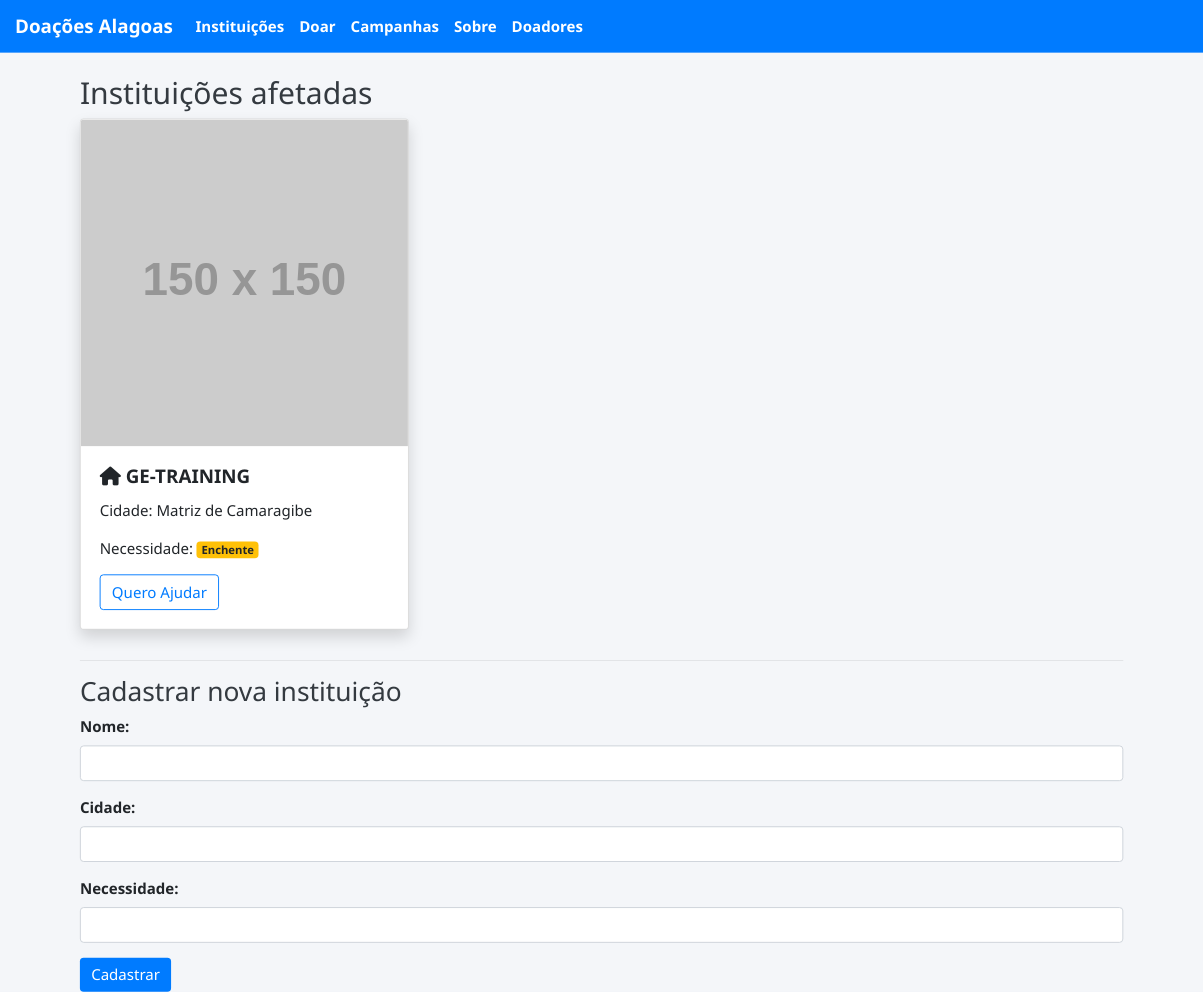
Repository: rafaelcrb/mvp-doacoes-alagoas
Page: http://localhost/instituicoes
These files come from the project's save history. The page is drawn as it stood at one moment and after the next save; the edit follows.
The browser window is 1280 px wide. The pictures show the whole page, at 94% of full size.
The page is served by the project's application, run on Flask 3 (app.py). The page reads the database file committed with the project.

Above is the page before, as saved 2025-05-26 22:04:57.

### templates/instituicoes.html
{% extends 'base.html' %}

{% block content %}
<h2>Instituições afetadas</h2>

<div class="row">
  {% for i in instituicoes %}
  <div class="col-md-4">
    <div class="card mb-3 shadow rounded">
      <img src="https://via.placeholder.com/150" class="card-img-top" alt="Imagem da instituição">
      <div class="card-body">
        <h5 class="card-title"><i class="fas fa-home"></i> {{ i[1] }}</h5>
        <p class="card-text">Cidade: {{ i[2] }}</p>
        <p class="card-text">
          Necessidade: <span class="badge badge-warning">{{ i[3] }}</span>
        </p>
        <a href="/doar" class="btn btn-outline-primary">Quero Ajudar</a>
      </div>
    </div>
  </div>
  {% endfor %}
</div>


<hr>

<h3>Cadastrar nova instituição</h3>
<form method="POST">
  <div class="form-group">
    <label>Nome:</label>
    <input class="form-control" type="text" name="nome" required>
  </div>
  <div class="form-group">
    <label>Cidade:</label>
    <input class="form-control" type="text" name="cidade" required>
  </div>
  <div class="form-group">
    <label>Necessidade:</label>
    <input class="form-control" type="text" name="necessidade" required>
  </div>
  <button class="btn btn-primary" type="submit">Cadastrar</button>
</form>
{% endblock %}

### templates/base.html
<!DOCTYPE html>
<html lang="pt-BR">
<head>
    <meta charset="UTF-8">
    <title>MVP Doações Alagoas</title>
    <link rel="stylesheet" href="https://stackpath.bootstrapcdn.com/bootstrap/4.5.2/css/bootstrap.min.css">
    <link rel="stylesheet" href="{{ url_for('static', filename='style.css') }}">
    <link rel="stylesheet" href="https://cdnjs.cloudflare.com/ajax/libs/font-awesome/6.4.0/css/all.min.css">

</head>
<body>
<nav class="navbar navbar-expand-lg navbar-light bg-light">
  <a class="navbar-brand" href="/">Doações Alagoas</a>
  <div class="collapse navbar-collapse">
    <ul class="navbar-nav">
      <li class="nav-item"><a class="nav-link" href="/instituicoes">Instituições</a></li>
      <li class="nav-item"><a class="nav-link" href="/doar">Doar</a></li>
      <li class="nav-item"><a class="nav-link" href="/campanhas">Campanhas</a></li>
      <li class="nav-item"><a class="nav-link" href="/sobre">Sobre</a></li>
      <li class="nav-item"><a class="nav-link" href="/doadores">Doadores</a></li>

    </ul>
  </div>
</nav>
<div class="container mt-4">
    {% block content %}{% endblock %}
</div>
</body>
</html>

### app.py
from flask import Flask, render_template, request, redirect
import sqlite3

app = Flask(__name__)

# Banco de dados
def init_db():
    conn = sqlite3.connect('database.db')
    c = conn.cursor()
    c.execute('''CREATE TABLE IF NOT EXISTS instituicoes (
                    id INTEGER PRIMARY KEY,
                    nome TEXT,
                    cidade TEXT,
                    necessidade TEXT)''')
    c.execute('''CREATE TABLE IF NOT EXISTS doacoes (
                    id INTEGER PRIMARY KEY,
                    nome TEXT,
                    contato TEXT,
                    item TEXT)''')
    conn.commit()
    conn.close()

init_db()

@app.route('/')
def index():
    return render_template('index.html')

@app.route('/instituicoes', methods=['GET', 'POST'])
def instituicoes():
    conn = sqlite3.connect('database.db')
    c = conn.cursor()

    if request.method == 'POST':
        nome = request.form['nome']
        cidade = request.form['cidade']
        necessidade = request.form['necessidade']
        c.execute("INSERT INTO instituicoes (nome, cidade, necessidade) VALUES (?, ?, ?)",
                  (nome, cidade, necessidade))
        conn.commit()

    c.execute("SELECT * FROM instituicoes")
    instituicoes = c.fetchall()
    conn.close()
    return render_template('instituicoes.html', instituicoes=instituicoes)

@app.route('/doadores')
def doadores():
    conn = sqlite3.connect('database.db')
    c = conn.cursor()
    c.execute("SELECT * FROM doacoes")
    doadores = c.fetchall()
    conn.close()
    return render_template('doadores.html', doadores=doadores)



@app.route('/doar', methods=['GET', 'POST'])
def doar():
    if request.method == 'POST':
        nome = request.form['nome']
        contato = request.form['contato']
        item = request.form['item']
        conn = sqlite3.connect('database.db')
        c = conn.cursor()
        c.execute("INSERT INTO doacoes (nome, contato, item) VALUES (?, ?, ?)",
                  (nome, contato, item))
        conn.commit()
        conn.close()
        return redirect('/')

    return render_template('doar.html')

@app.route('/campanhas')
def campanhas():
    campanhas = [
        {'nome': 'Campanha Alagoas Solidária', 'descricao': 'Ajude as vítimas das enchentes.'},
        {'nome': 'Doação de água e mantimentos', 'descricao': 'Itens mais necessários: água, alimentos não perecíveis, roupas.'}
    ]
    return render_template('campanhas.html', campanhas=campanhas)

@app.route('/sobre')
def sobre():
    return render_template('sobre.html')

if __name__ == '__main__':
    app.run(debug=True)

### static/style.css
body {
    background-color: #f4f6f9;
    font-family: 'Segoe UI', Tahoma, Geneva, Verdana, sans-serif;
}

.navbar {
    background-color: #007bff !important;
}

.nav-link, .navbar-brand {
    color: white !important;
    font-weight: bold;
}

.container {
    margin-top: 30px;
}

h1, h2, h3 {
    color: #343a40;
}

.card {
    box-shadow: 0 4px 8px rgba(0,0,0,0.1);
    border-radius: 10px;
}

.card-title {
    font-size: 1.25rem;
    font-weight: bold;
}

.form-group label {
    font-weight: bold;
}

.btn-primary {
    background-color: #007bff;
    border: none;
}

.btn-primary:hover {
    background-color: #0056b3;
}

.table {
    background-color: white;
    border-radius: 8px;
    overflow: hidden;
}

footer {
    margin-top: 50px;
    padding: 20px;
    text-align: center;
    background-color: #007bff;
    color: white;
}

### database.db (the tables this page reads, as SQL)
CREATE TABLE instituicoes (
                    id INTEGER PRIMARY KEY,
                    nome TEXT,
                    cidade TEXT,
                    necessidade TEXT);
INSERT INTO "instituicoes" VALUES
(1, 'GE-TRAINING', 'Matriz de Camaragibe', 'Enchente');

After the next save:
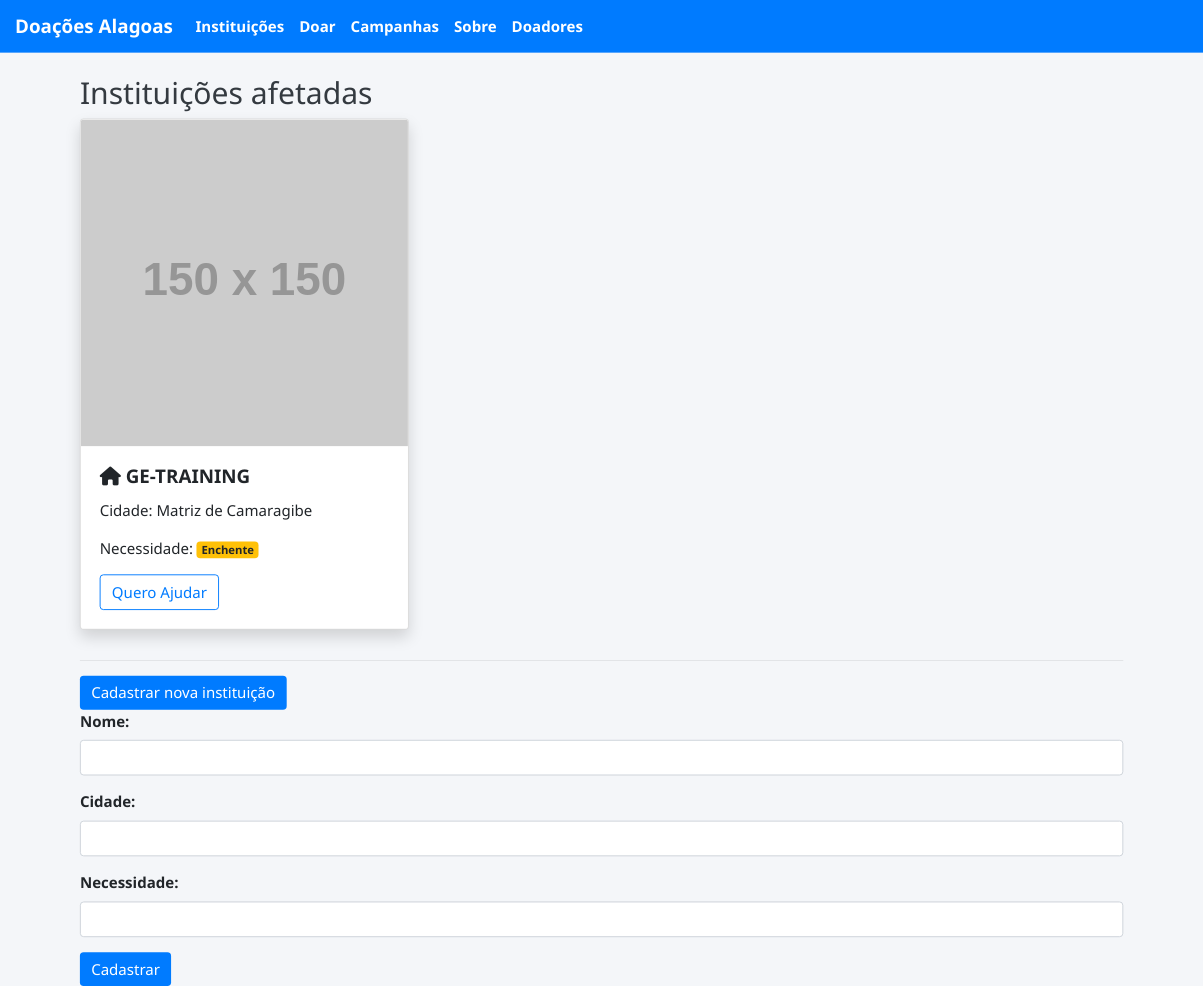
Saved 95 s later.
--- a/templates/instituicoes.html
+++ b/templates/instituicoes.html
@@ -24,7 +24,8 @@
 
 <hr>
 
-<h3>Cadastrar nova instituição</h3>
+<button class="btn btn-primary" data-toggle="modal" data-target="#cadastroModal">Cadastrar nova instituição</button>
+
 <form method="POST">
   <div class="form-group">
     <label>Nome:</label>
